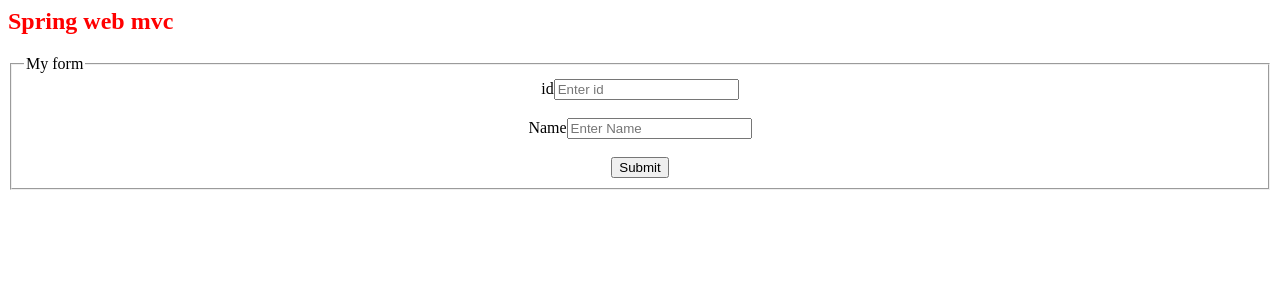
Repository: NaveenPriya1/Sts-full-new-laptop
Page: http://localhost/springwebmvc/
These files come from the project's save history. The page is drawn as it stood at one moment and after the next save; the edit follows.
The browser window is 1280 px wide. The pictures show the whole page.
The page is served by Tomcat 9.

Above is the page before, as saved 2022-07-28 13:52:29.

After the next save:
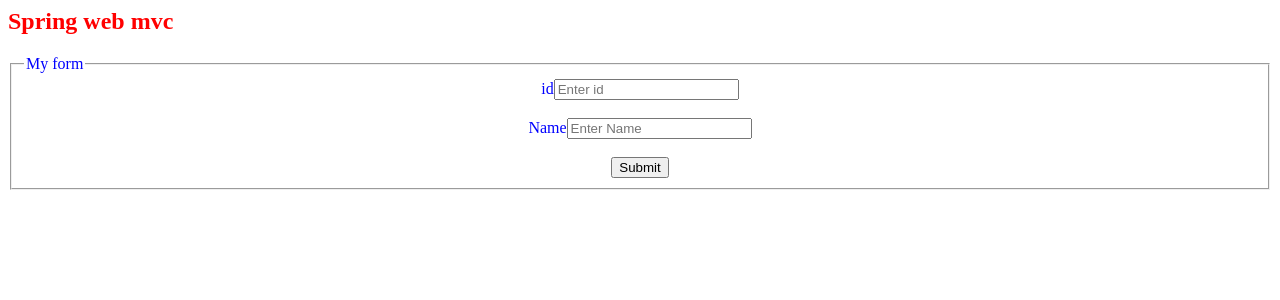
Saved 3 min 20 s later.
--- a/springwebmvc/src/main/webapp/index.jsp
+++ b/springwebmvc/src/main/webapp/index.jsp
@@ -1,6 +1,8 @@
 <html>
 <body>
 <h2 style=color:red>Spring web mvc</h2>
+
+<div style=color:blue>
 <form action="first">
 <fieldset style=margin-lef:50px>
 <legend >My form</legend>
@@ -16,5 +18,6 @@
 
 
 </form>
+</div>
 </body>
 </html>

After the save that followed:
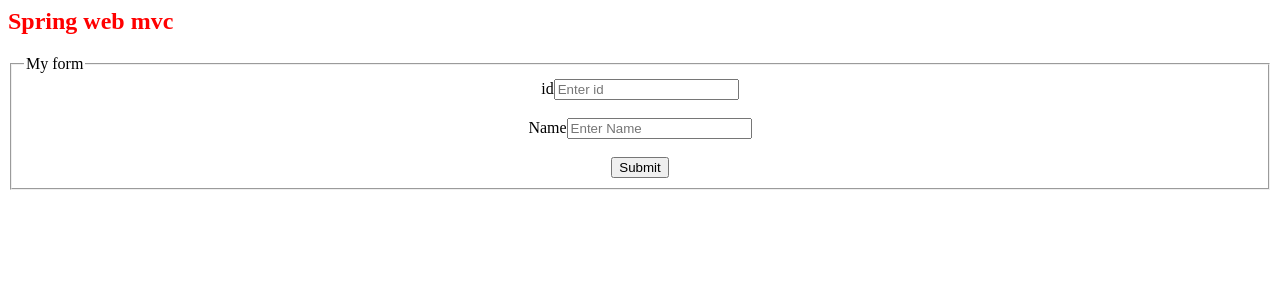
Saved 74 s later.
--- a/springwebmvc/src/main/webapp/index.jsp
+++ b/springwebmvc/src/main/webapp/index.jsp
@@ -2,7 +2,7 @@
 <body>
 <h2 style=color:red>Spring web mvc</h2>
 
-<div style=color:blue>
+<div style=color:blue,text-align:center>
 <form action="first">
 <fieldset style=margin-lef:50px>
 <legend >My form</legend>
